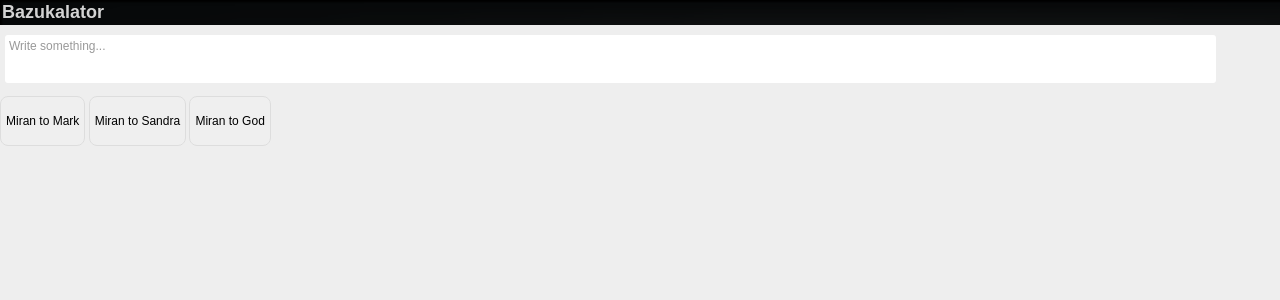
Repository: mbadzak/bazukalator
Page: Bazukalator/assets/www/index.html
The author's editor kept a copy of each file at every save. The page is drawn from the files as they stood at one save, then again after the next save.
The browser window is 1280 px wide. The pictures show the whole page.

Above is the page before, as saved 2012-10-14 06:31:29.

### Bazukalator/assets/www/index.html
<!DOCTYPE HTML>
<html>
<head>
<title>Hello World</title>
<script type="text/javascript" charset="utf-8" src="cordova-2.1.0.js"></script>
<script type="text/javascript" src="jquery.min.js"></script>
<script type="text/javascript" src="jquery.autosize-min.js"></script>
<script type="text/javascript" src="utl.js"></script>


<style>
.lang_button {
  height: 50px;
  padding: 5px;
}
.post_box {
  padding: 5px;
  position: relative;
  top: 1px;
}
body {
  background-color: #eeeeee;
}
.this_page {
  text-align: left;
  background-size: 100%;
  background-attachment: fixed;
  background-repeat: repeat-x;
}
* {
	font-family: Arial, Geneva, Helvetica, sans-serif;
	font-size: 12px;
	outline-width: 0px;
}
body {
 	margin: 0px;
 	text-align: center;
}
textarea {
	resize: none;
}
textarea, select,
input {
	border: 1px solid #DDD;
	-moz-border-radius: 8px;
  	-webkit-border-radius: 8px;
  	border-radius: 8px;
}

select {
	border: 1px solid #DDD;
}
.heading {
	font-size: 18px;
	font-weight: bold;
	color: lightgray;
	background: black;
	padding: 2px;
	background-image: url(img/gr1.png);
	background-size: 100%;
	background-attachment: fixed;
	background-repeat: repeat-x;
}
.generic_box,
.generic_box_blank {
	font-size: 12px;
	border: 1px solid #DDD;
	padding: 4px;
	margin: 0px;
	color: #999999;
}

</style>

</head>
<body>


<script type="text/javascript">
    var orig_text = "";
</script>
<div class="this_page">
  <div class="heading" style="">
    Bazukalator
  </div>
  <div style="margin-top: 5px; text-align: left;">
    <textarea name="msg"
              id="msg"
              onFocus="utl_clear_text_field(this, 'Write something...');"
              class="generic_box"
              style="width: 94%; height: 40px; border: 5px solid #eeeeee; z-index: 1;"
              autocomplete="off">Write something...</textarea>
  </div>
  <div style="margin-top: 5px;">
    <input type="button"
           id="btn_submit1"
           class="lang_button"
           value="Miran to Mark">
    <input type="button"
           id="btn_submit2"
           class="lang_button"
           value="Miran to Sandra">
    <input type="button"
           id="btn_submit3"
           class="lang_button"
           value="Miran to God">
  </div>

  <div id="post" style="margin: 20px 0px 0px 5px; text-align: left; display: none; ">
    <div style="float: left; clear: both; width: 50%; font-size: 11px;">
      <input type="radio"
           id="post_facebook"
           class="post_box"
           checked="checked"
           value="Post to Facebook">
           <img class="button_img img_norad" src="img/fb-icon.png" width="15" height="15">
           Facebook
    </div>
    <div style="float: left; width: 50%; font-size: 11px;">
      <input type="radio"
           id="post_twitter"
           class="post_box"
           checked="checked"
           value="Post to Facebook">
           <img class="button_img img_norad" src="img/twitter-icon.png" width="15" height="15">
           Twitter
    </div>
  </div>
  <div id="post2" style="display: none; margin-top: 55px; margin-left: 0px;">
      <input type="button" value="Post" style="padding: 5px;">
  </div>
</div>
<script type="text/javascript">
    $("#btn_submit1").click(function() { submit(1); });
    $("#btn_submit2").click(function() { submit(2); });
    $("#btn_submit3").click(function() { submit(3); });

    function submit(lang) {
        if (orig_text == "")
            orig_text = $("#msg").val();

        var req = orig_text;
        if (req == "")
            return;

        $.post("http://localhost:8080/index.php/translator/svc",
              { req: req, lang: lang },
              function(data) {
             	$("#msg").val(data);
                $("#post").css("display", "block");
                $("#post2").css("display", "block");
              }
        );
    }

    function reset()
    {
    	$('#msg').val('');
        orig_text = "";
        $("#post").css("display", "none");
        $("#post2").css("display", "none");
    }

</script>

</body>
</html>

### Bazukalator/assets/www/jquery.autosize-min.js
// Autosize 1.7 - jQuery plugin for textareas
// (c) 2011 Jack Moore - jacklmoore.com
// license: www.opensource.org/licenses/mit-license.php
(function(a,b){var c="hidden",d='<textarea style="position:absolute; top:-9999px; left:-9999px; right:auto; bottom:auto; box-sizing:content-box; word-wrap:break-word; height:0 !important; min-height:0 !important; overflow:hidden">',e=["fontFamily","fontSize","fontWeight","fontStyle","letterSpacing","textTransform","wordSpacing"],f="oninput",g="onpropertychange",h=a(d)[0];h.setAttribute(f,"return"),a.isFunction(h[f])||g in h?a.fn.autosize=function(b){return this.each(function(){function p(){var a,b;m||(m=!0,j.value=h.value,j.style.overflowY=h.style.overflowY,j.style.width=i.css("width"),j.scrollTop=0,j.scrollTop=9e4,a=j.scrollTop,b=c,a>l?(a=l,b="scroll"):a<k&&(a=k),h.style.overflowY=b,h.style.height=h.style.minHeight=h.style.maxHeight=a+o+"px",setTimeout(function(){m=!1},1))}var h=this,i=a(h).css({overflow:c,overflowY:c,wordWrap:"break-word"}),j=a(d).addClass(b||"autosizejs")[0],k=i.height(),l=parseInt(i.css("maxHeight"),10),m,n=e.length,o=i.css("box-sizing")==="border-box"?i.outerHeight()-i.height():0;l=l&&l>0?l:9e4;while(n--)j.style[e[n]]=i.css(e[n]);a("body").append(j),g in h?f in h?h[f]=h.onkeyup=p:h[g]=p:h[f]=p,a(window).resize(p),i.bind("autosize",p),p()})}:a.fn.autosize=function(){return this}})(jQuery);

### Bazukalator/assets/www/utl.js
String.prototype.trim = function() {
    return this.replace(/^\s+|\s+$/g, "");
};
String.prototype.trim_newline = function() {
	return this.replace(/(\r\n|\n|\r)/gm,"");
};

/*
 * utl_clear_text_field
 * IN	field	field to clear
 */
function utl_clear_text_field(field, init_value) {
	if (field.value.toString() == init_value.toString())
		field.value = "";
	field.style.color = "#000000";
	field.style.background = "#FFFFFF";
}

function utl_clear_text_field_id(id, init_value)
{
	var field = document.getElementById(id);
	return utl_clear_text_field(field, init_value);
}

function utl_clear_password_field(disp_p, real_p) {
	var dp = document.getElementById(disp_p);
	var rp = document.getElementById(real_p);
	dp.style.display = "none";
	rp.style.display = "inline";

	rp.focus();
}

function utl_reset_password_field(disp_p, real_p) {
	var dp = document.getElementById(disp_p);
	var rp = document.getElementById(real_p);
	if (rp.value == "") {
		dp.style.display = "inline";
		rp.style.display = "none";
		dp.value = "Password";
	}
}

function utl_reset_text_field(field, value) {
	if (field.value == "") {
		field.value = value;
		field.style.color = "#999999";
	}
}

function utl_focus(id)
{
	var elem = document.getElementById(id);
	elem.focus();
}

function utl_is_int(a)
{
	return parseInt(a, 10) === a;
}
function utl_handle_enter(field, event)
{
	if (event.keyCode == 13) {
		$(field).closest('form').submit();
		return false;
	}
	return true;
}

/**
 * @deprecated use jquery plugin instead
 * @param field
 * @param event
 * @param max_per_line
 */
function utl_expand_texarea_as_you_go(field, event, max_per_line)
{
	var chars = field.value.length;
	var rows = chars / max_per_line;
	var newline_count;
	var total_size = 18;
	var modified = false;

	if (chars == 0) return;

	newline_count = (field.value.split('\n')).length - 1;

	if (utl_is_int(rows))
	{
		total_size += (rows * 12);
		modified = true;
	}

	if (newline_count > 0) {
		total_size += (newline_count * 16);
		modified = true;
	}

	if (modified)
		field.style.height = total_size + "px";
}

/*
 * utl_toggle_visibility
 * IN	field	field to clear
 */
function utl_toggle_visibility(field) {
	var fl = document.getElementById(field);
	fl.style.display = (fl.style.display == "block") ? "none" : "block";
}

/*
 * utl_toggle_visibility
 * IN	field	field to show
 */
function utl_show_field(field) {
	var fl = document.getElementById(field);
	if (fl == null)
		return;
	fl.style.display = "block";
}

function utl_hide_field(field) {
	var fl = document.getElementById(field);
	if (fl == null)
		return;
	fl.style.display = "none";
}

function utl_show_obj(obj)
{
	obj.style.display = "block";
}
function utl_hide_obj(obj)
{
	obj.style.display = "none";
}


function generate_uuid()
{
	/* credit: http://stackoverflow.com/questions/105034/how-to-create-a-guid-uuid-in-javascript */
	var uuid = 'xxxxxxxx-xxxx-4xxx-yxxx-xxxxxxxxxxxx'.replace(/[xy]/g, function(c) {
	    var r = Math.random()*16|0, v = c == 'x' ? r : (r&0x3|0x8);
	    return v.toString(16);
	});

	return uuid;
}

Loaded but not shown: Bazukalator/assets/www/cordova-2.1.0.js (library); Bazukalator/assets/www/jquery.min.js (library)

After the next save:
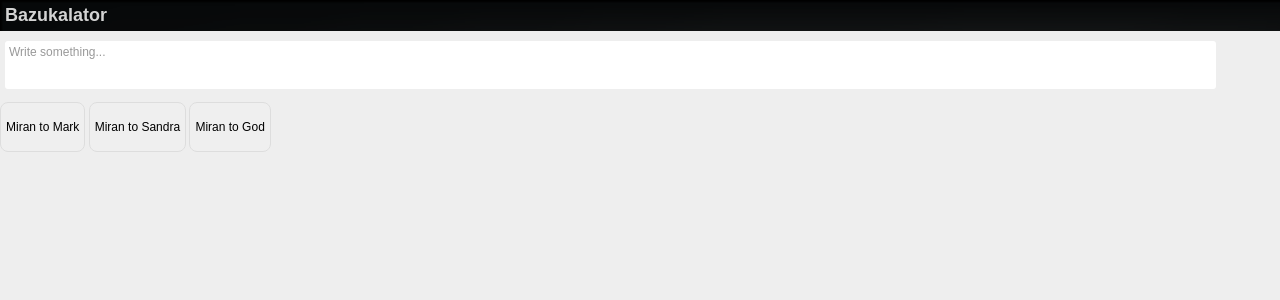
Saved 8 s later.
--- a/Bazukalator/assets/www/index.html
+++ b/Bazukalator/assets/www/index.html
@@ -55,7 +55,7 @@ select {
 	font-weight: bold;
 	color: lightgray;
 	background: black;
-	padding: 2px;
+	padding: 5px;
 	background-image: url(img/gr1.png);
 	background-size: 100%;
 	background-attachment: fixed;
